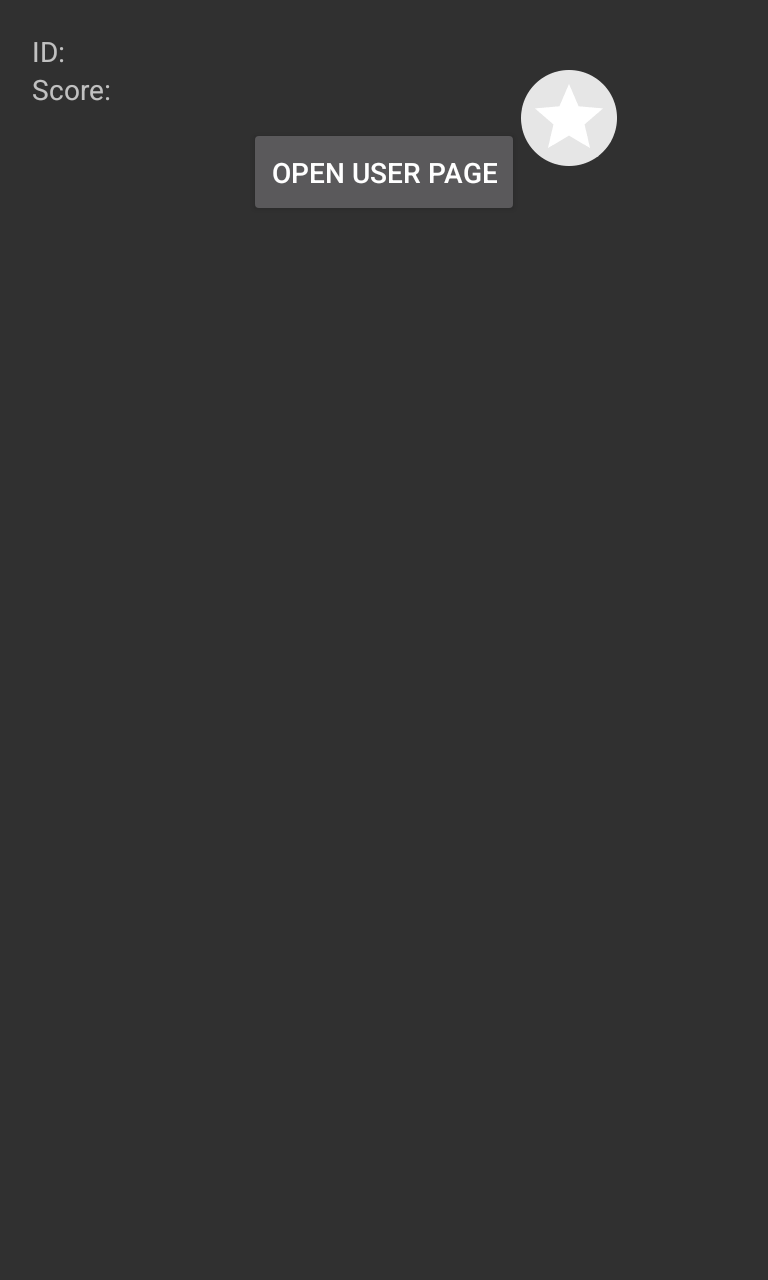
Repository: mberenguerascampi/github_app
Layout: GitHubApp/res/layout/activity_user_detail.xml
An editor plug-in stored every save of this project. The layout is shown before and after the next save, followed by the edit.
It is drawn on a 768 x 1280 px phone screen (xhdpi) without system bars, with theme Theme.AppCompat; the app's code is not run.

Above is the layout before, as saved 2014-12-26 15:15:13.

After the next save:
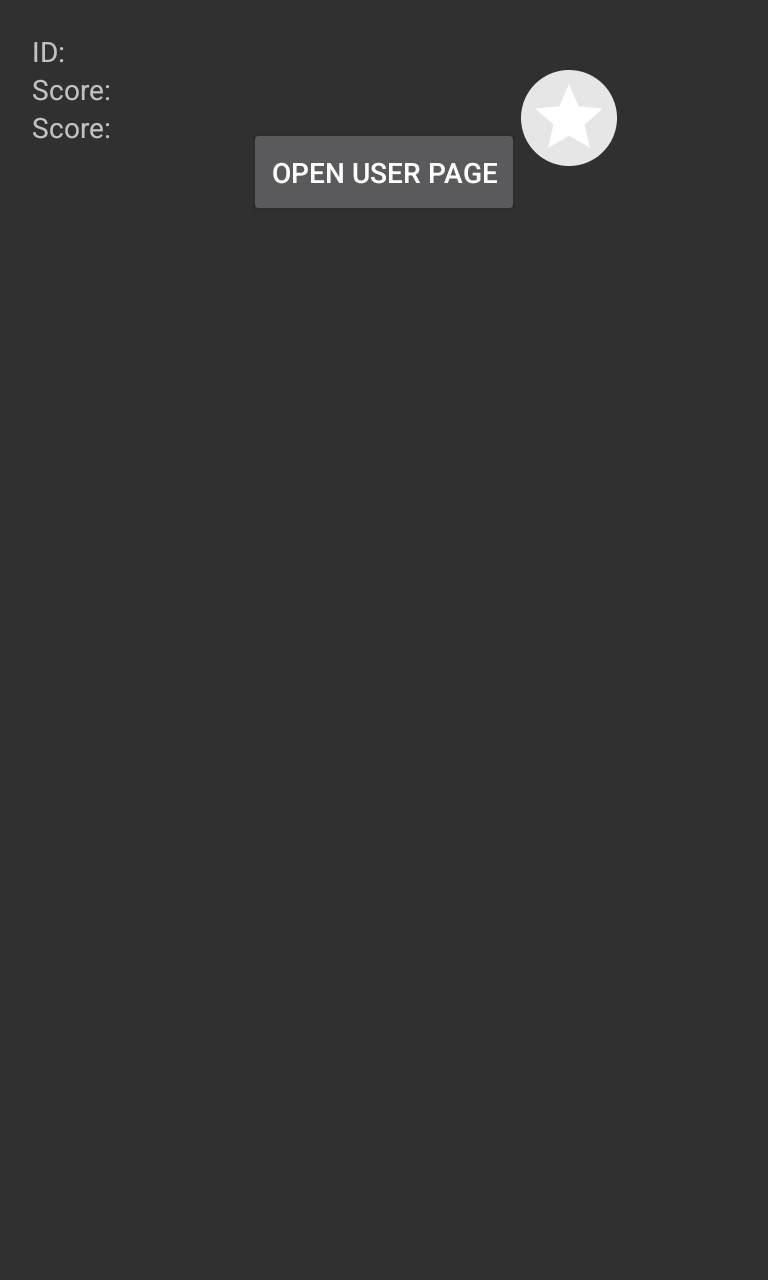
Saved 2 min 35 s later.
--- a/GitHubApp/res/layout/activity_user_detail.xml
+++ b/GitHubApp/res/layout/activity_user_detail.xml
@@ -40,6 +40,23 @@
         android:layout_height="wrap_content"
      />
 
+     <TextView
+        android:id="@+id/admin_textview_label"
+        android:layout_below="@+id/score_textview"
+        android:layout_width="wrap_content"
+        android:layout_height="wrap_content"
+        android:text="@string/score_label_text"
+     />
+
+    <TextView
+        android:id="@+id/admin_textview"
+        android:layout_below="@+id/score_textview"
+        android:layout_toRightOf="@+id/admin_textview_label"
+        android:layout_marginLeft="4dip"
+        android:layout_width="wrap_content"
+        android:layout_height="wrap_content"
+     />
+
     <Button
         android:id="@+id/open_button"
         android:layout_below="@+id/score_textview"
